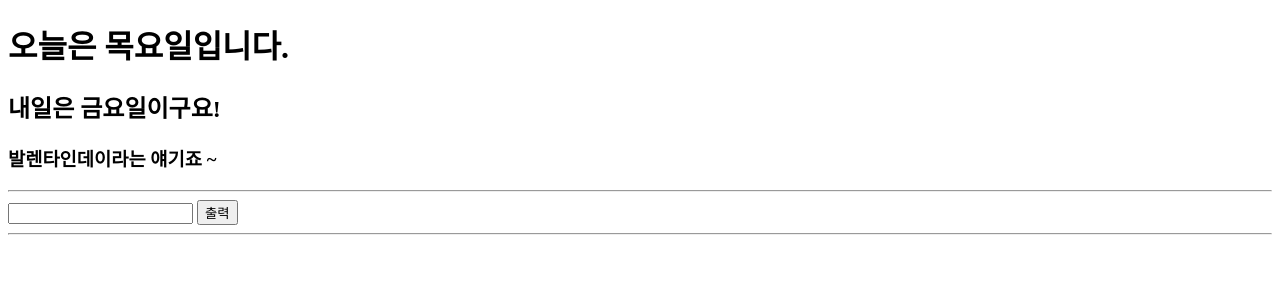
Repository: womss/sexyguy
Page: Spring/Feb13_1_jQuery/WebContent/1_jQuery.html
An editor plug-in stored every save of this project. The page is shown before and after the next save, followed by the edit.
The browser window is 1280 px wide. The pictures show the whole page.

Above is the page before, as saved 2025-02-13 03:05:34.

After the next save:
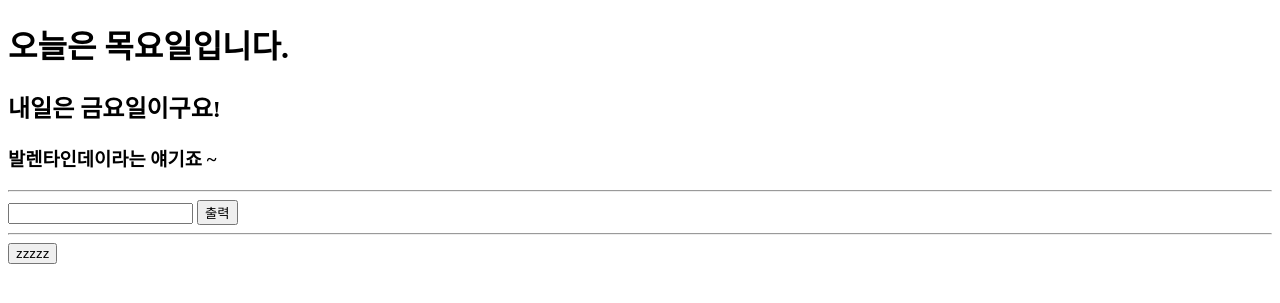
Saved 49 s later.
--- a/Spring/Feb13_1_jQuery/WebContent/1_jQuery.html
+++ b/Spring/Feb13_1_jQuery/WebContent/1_jQuery.html
@@ -55,6 +55,8 @@
 	<input id="i">
 	<button>출력</button>
 	<hr>
+	<button>zzzzz</button>
+
 
 </body>
 </html>
